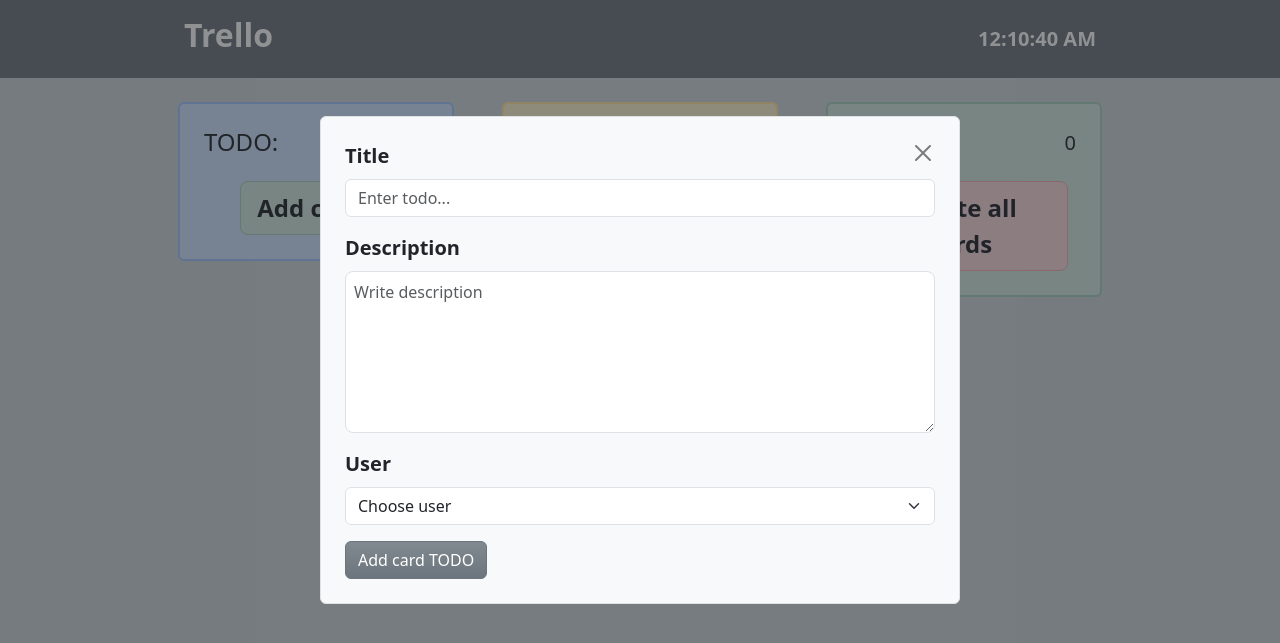
Repository: Valeria154/trello-app-clone
Page: / (app in trello-app-project/)
An editor plug-in stored every save of this project. The page is shown before and after a run of saves, followed by the edit.
The browser window is 1280 px wide. The pictures show the whole page.
After loading, the first visible `#addCardBtn` was clicked once.
The project was rebuilt for these pictures with package versions that can differ from the ones it lists, and the page was loaded fresh each time. Also part of the build but not shown: trello-app-project/vite.config.js.

Above is the page before, as saved 2025-03-24 22:42:43.

### trello-app-project/src/index.html
<!doctype html>
<html lang="en">

<head>
	<meta charset="UTF-8" />
	<meta name="viewport" content="width=device-width, initial-scale=1.0" />
	<title>Trello</title>
	<script type="module" src="./main.js"></script>
</head>

<body class="bg-dark-subtle">
	<header class="bg-secondary p-3">
		<div class="container d-flex justify-content-between align-items-center mx-autox w-75">
			<h1 class="fs-2 fw-bold text-white">Trello</h1>
			<div class="fs-5 fw-semibold text-white" id="clock"></div>
		</div>
	</header>
	<main class="p-4">
		<div class="container text-center w-75" id="containerTodo">
			<div class="row align-items-start mb-6 gap-5">
				<!-- TODO -->
				<div class="col border border-primary-subtle border-2 rounded-2 text-dark p-4 bg-primary-subtle">
					<div class="d-flex justify-content-between mb-3">
						<h4>TODO:</h4>
						<div id="todoCount" data-role="count" class="fs-5">0</div>
					</div>
					<div id="todo" data-role="status"></div>
					<button id="addCardBtn" class="btn btn-lg bg-success-subtle border-success-subtle fs-4 fw-semibold"
						type="button">Add
						cards</button>
				</div>
				<!-- In progress -->
				<div class="col border border-warning-subtle border-2 rounded-2 text-dark p-4 bg-warning-subtle">
					<div class="d-flex justify-content-between mb-3">
						<h4>IN PROGRESS:</h4>
						<div id="progressCount" data-role="count" class="fs-5">0</div>
					</div>
					<div id="progress" data-role="status"></div>
				</div>
				<!-- Done -->
				<div class="col border border-success-subtle border-2 rounded-2 text-dark p-4 bg-success-subtle">
					<div class="d-flex justify-content-between mb-3">
						<h4>DONE:</h4>
						<div id="doneCount" data-role="count" class="fs-5">0</div>
					</div>
					<div id="done" data-role="status"></div>
					<button class="btn btn-lg bg-danger-subtle border-danger-subtle me-md-2 fs-4 fw-semibold" type="button"
						id="deleteAllBtn">Delete all
						cards</button>
				</div>
			</div>
			<!-- Modal form -->
			<div id="modalFormContainer" class="position-relative hidden" style="z-index: 20">
				<div
					class="d-flex align-items-center justify-content-center position-fixed top-0 start-0 w-100 h-100 bg-dark bg-opacity-50">
					<form id="form" class="p-4 border rounded bg-light text-start fw-semibold w-50 position-relative"></form>
				</div>
			</div>
		</div>
	</main>

</body>

</html>

### trello-app-project/src/main.js
import './style.scss'
import { addCardBtnElement, containerTodoElement } from './modules/variables.js'
import { handleClickButtonAddCard, handleSubmitForm, handleClickEditTodo, handleClickDeleteTodo } from './modules/handlers.js'
import { render } from './modules/helpers.js'

addCardBtnElement.addEventListener('click', handleClickButtonAddCard)
containerTodoElement.addEventListener('submit', handleSubmitForm)
containerTodoElement.addEventListener('click', handleClickEditTodo)
containerTodoElement.addEventListener('click', handleClickDeleteTodo)

### trello-app-project/src/style.scss
@import "bootstrap/scss/bootstrap";

.hidden {
	display: none;
	opacity: 0;
	transition: opacity 0.3s ease;
}

.block {
	display: block;
	opacity: 1;
	transition: opacity 0.3s ease;
}

### trello-app-project/src/modules/variables.js
import { getData } from './helpers.js'

const todos = getData()
const clockElement = document.querySelector('#clock')
const addCardBtnElement = document.querySelector('#addCardBtn')
const modalFormElement = document.querySelector('#modalFormContainer')
const formElement = document.querySelector('#form')
const containerTodoElement = document.querySelector('#containerTodo')
const [todoCountElement, inProgressCountElement, doneCountElement] = document.querySelectorAll('[data-role="count"]')
const [todoContainerElement, inProgressContainerElement, doneContainerElement] = document.querySelectorAll('[data-role="status"]')
const statusArr = ['todo', 'inprogress', 'done']

export {
	todos,
	clockElement,
	addCardBtnElement,
	modalFormElement,
	formElement,
	containerTodoElement,
	todoCountElement,
	inProgressCountElement,
	doneCountElement,
	todoContainerElement,
	inProgressContainerElement,
	doneContainerElement,
	statusArr
}

### trello-app-project/src/modules/handlers.js
import { todos, formElement, modalFormElement } from './variables.js'
import { Todo } from './module.js'
import { closeModal, buildModalForm, setData, render } from './helpers.js'


function handleClickButtonAddCard() {
	closeModal(modalFormElement) // Открываем модальное окно
	formElement.innerHTML = buildModalForm()
	const btnCloseElement = modalFormElement.querySelector('.btn-close')
	btnCloseElement.addEventListener('click', () => closeModal(modalFormElement))
}

function handleSubmitForm(event) {
	event.preventDefault()
	// Получаем данные из формы
	const formData = new FormData(event.target)
	const formDataObject = Object.fromEntries(formData) // преобразуем, полученные иданные, в объект ключ-значение

	const { editedId } = formElement.dataset
	if (editedId) {
		const editedTodoIndex = todos.findIndex(todo => todo.id == editedId)
		todos[editedTodoIndex] = { ...todos[editedTodoIndex], ...formDataObject }
		setData(todos)
		render(todos)
	} else {
		const newTodo = new Todo(formDataObject) // создаем новую todo с данными из формы
		todos.push(newTodo) // добавление новой задачи в массив
		setData(todos) // сохранение обновленного массива в localStorage
		render(todos) // перерисовка списка задач
	}
	formElement.reset()
	closeModal(modalFormElement)
	delete formElement.dataset.editedId
}

function handleClickEditTodo({ target }) {
	if (target.dataset.role !== 'edit') return
	const { id } = target.closest('[data-id]').dataset
	const currentTodo = todos.find(todo => todo.id == id)

	closeModal(modalFormElement)

	formElement.innerHTML = buildModalForm()
	const titleInput = formElement.querySelector('[name="title"]')
	const descriptionInput = formElement.querySelector('[name="description"]')
	const userSelect = formElement.querySelector('[name="user"]')

	titleInput.value = currentTodo.title
	descriptionInput.value = currentTodo.description
	userSelect.value = currentTodo.user

	formElement.dataset.editedId = currentTodo.id
}

function handleClickDeleteTodo({ target }) {
	const { role } = target.dataset
	if (role == 'remove') {
		const cardElement = target.closest('.card')
		const { id } = cardElement.dataset
		const index = todos.findIndex(todo => todo.id == id)
		if (index !== -1) {
			todos.splice(index, 1)
			setData(todos)
			render(todos)
		}
	}
}

export {
	handleClickButtonAddCard,
	handleSubmitForm,
	handleClickEditTodo,
	handleClickDeleteTodo
}

### trello-app-project/src/modules/helpers.js
import {
	clockElement,
	todoContainerElement,
	inProgressContainerElement,
	doneContainerElement,
	todos,
	todoCountElement,
	inProgressCountElement,
	doneCountElement
} from './variables.js'

function showClock() {
	clockElement.textContent = new Date().toLocaleTimeString()

}
setInterval(showClock, 1000)

function closeModal(modal) {
	if (modal.classList.contains('hidden')) {
		modal.classList.replace('hidden', 'block')
	} else {
		modal.classList.replace('block', 'hidden')
	}
}

function buildModalForm() {
	return `
				<div class="mb-3">
					<label for="title" class="form-label fs-5">Title</label>
					<input type="text" class="form-control" id="title" name="title" placeholder="Enter todo..." required>
				</div>
				<div class="mb-3">
					<label for="description" class="form-label fs-5">Description</label>
					<textarea class="form-control p-2 rounded-3" id="description" name="description" rows="6"
						placeholder="Write description" required></textarea>
				</div>
				<div class="mb-3">
					<label for="user" class="form-label fs-5">User </label>
					<select id="user" name="user" class="form-select" required>
						<option selected value="">Choose user</option>
					</select>
				</div>
				<button type="submit" class="btn btn-primary bg-secondary bg-gradient border-secondary">Add card
					TODO</button>
				<button type="button" class="btn-close position-absolute top-0 end-0 me-4 mt-4"
					aria-label="close"></button>
	`
}

function buildTodoTemplate({ id, title, description, user, status, createdAt }) {
	const date = currentDate(createdAt)
	return `
				<div data-id="${id}" class="card mb-4">
					<div class="card-body">
						<h4 class="card-title text-start">${title}</h4>
						<p class="card-text text-start">${description}</p>
					</div>
					<div class="card-header d-flex justify-content-between" role="group">
						<button type="button" class="btn btn-light" data-role="edit">Edit</button>
						<select name="status" class="form-select" aria-label="Default select example">
							<option value="todo" ${status == 'todo' ? 'selected' : ''}>Todo</option>
							<option value="progress" ${status == 'progress' ? 'selected' : ''}>In progress</option>
							<option value="done" ${status == 'done' ? 'selected' : ''}>Done</option>
						</select>
						<button type="button" class="btn btn-light" data-role="remove">Delete</button>
					</div>
					<div class="card-footer d-flex justify-content-between">
						<div class="card-title text-start">${user}</div>
						<div class="card-text text-start">${date}</div>
					</div>
				</div>
	`
}

function getData() {
	return JSON.parse(localStorage.getItem('todos')) || []
}

function setData(todo) {
	localStorage.setItem('todos', JSON.stringify(todo))
}

function currentDate(date = '', locale = 'ru-RU') {
	const dateTemplate = new Date(date)
	return `${dateTemplate.toLocaleDateString(locale)}, ${dateTemplate.toLocaleTimeString(locale)}`
}

function render(todos = []) {
	todoContainerElement.innerHTML = '' //очищает контейнер задач
	inProgressContainerElement.innerHTML = ''
	doneContainerElement.innerHTML = ''
	todos.forEach(todo => {
		const statusColumn = document.querySelector(`#${todo.status}`)
		statusColumn.insertAdjacentHTML('beforeend', buildTodoTemplate(todo)) //новые задачи будут отображаться внизу так как beforeend вставляет новую задачу в конец контейнера
	})
	countTodos(todos)
	showClock()
}

function countTodos(todos) {
	const todoCountArr = todos.filter(todo => todo.status == 'todo')
	todoCountElement.textContent = todoCountArr.length
	const inProgressArr = todos.filter(todo => todo.status == 'progress')
	inProgressCountElement.textContent = inProgressArr.length
	const doneCountArr = todos.filter(todo => todo.status == 'done')
	doneCountElement.textContent = doneCountArr.length
}

async function getUsers() {
	try {
		const response = await fetch('https://jsonplaceholder.typicode.com/users')
		const users = await response.json()
		const selectUsers = document.querySelector('#user')
		if (!selectUsers) {
			console.error("Элемент с ID 'user' не найден.")
			return
		}
		users.forEach((user) => {
			const optionUser = document.createElement('option')
			optionUser.value = user.username
			optionUser.textContent = user.username
			selectUsers.append(optionUser)
		})
	} catch (error) {
		alert('Проверь свои действия')
	}
}

export {
	showClock,
	closeModal,
	buildModalForm,
	buildTodoTemplate,
	getData,
	setData,
	currentDate,
	render,
	countTodos
}

### trello-app-project/src/modules/module.js
import { statusArr } from './variables.js'

export class Todo {
	constructor({ title, description, user, status = '0' }) {
		this.id = Date.now()
		this.createdAt = new Date().toString()
		this.title = title
		this.description = description
		this.user = user
		this.status = statusArr[status]
	}
}

After the next 2 saves:
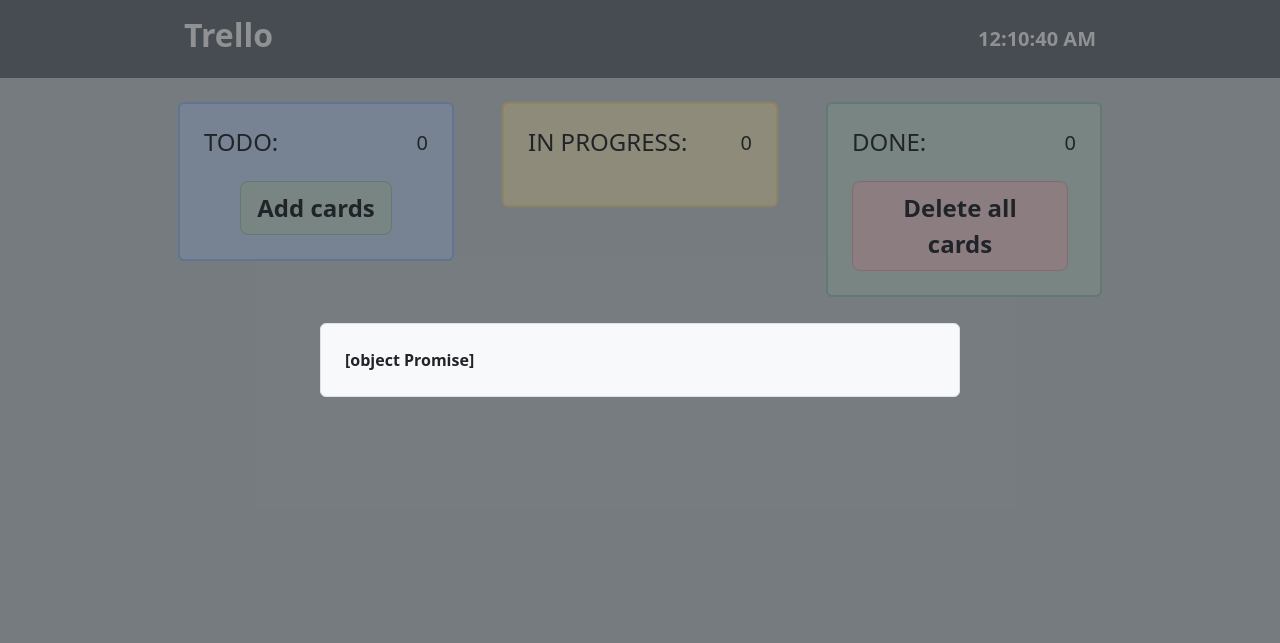
Console error: TypeError: Cannot read properties of null (reading 'addEventListener')
The 2 saves are shown as one change because 1 did not build or start.
The last was saved 4 min 51 s later.
--- a/trello-app-project/src/modules/helpers.js
+++ b/trello-app-project/src/modules/helpers.js
@@ -23,7 +23,7 @@
 	}
 }
 
-function buildModalForm() {
+async function buildModalForm() {
 	return `
 				<div class="mb-3">
 					<label for="title" class="form-label fs-5">Title</label>
@@ -45,6 +45,7 @@
 				<button type="button" class="btn-close position-absolute top-0 end-0 me-4 mt-4"
 					aria-label="close"></button>
 	`
+	await getUsers()
 }
 
 function buildTodoTemplate({ id, title, description, user, status, createdAt }) {
